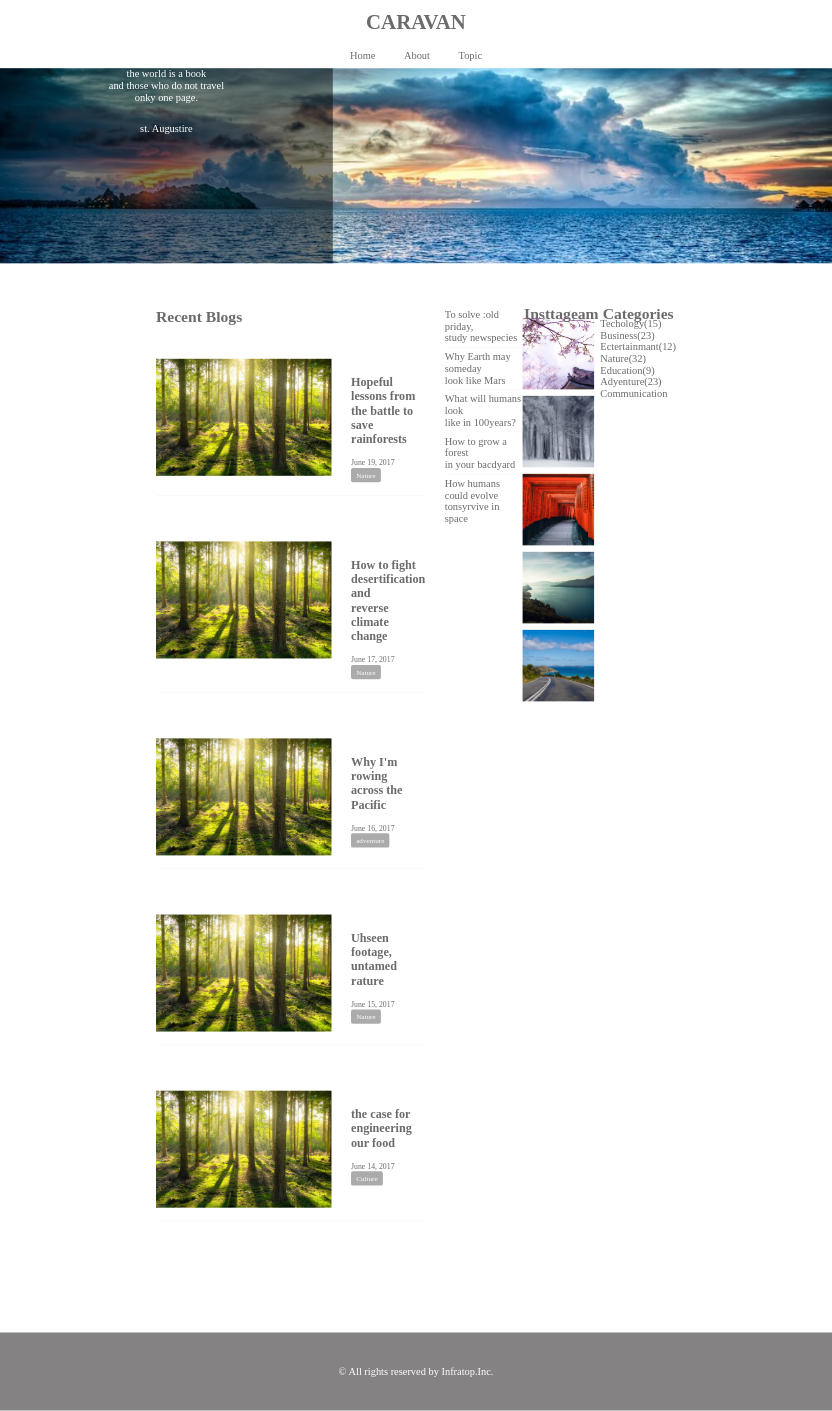
Repository: ishidaryu/ishidaryu
Page: caravan/index.html
The author's editor kept a record of every edit. The page is drawn from the files as they stood at one moment, then again after the next edit.
The browser window is 1280 px wide. The pictures show the whole page, at 65% of full size.

Above is the page before.

After the next edit:
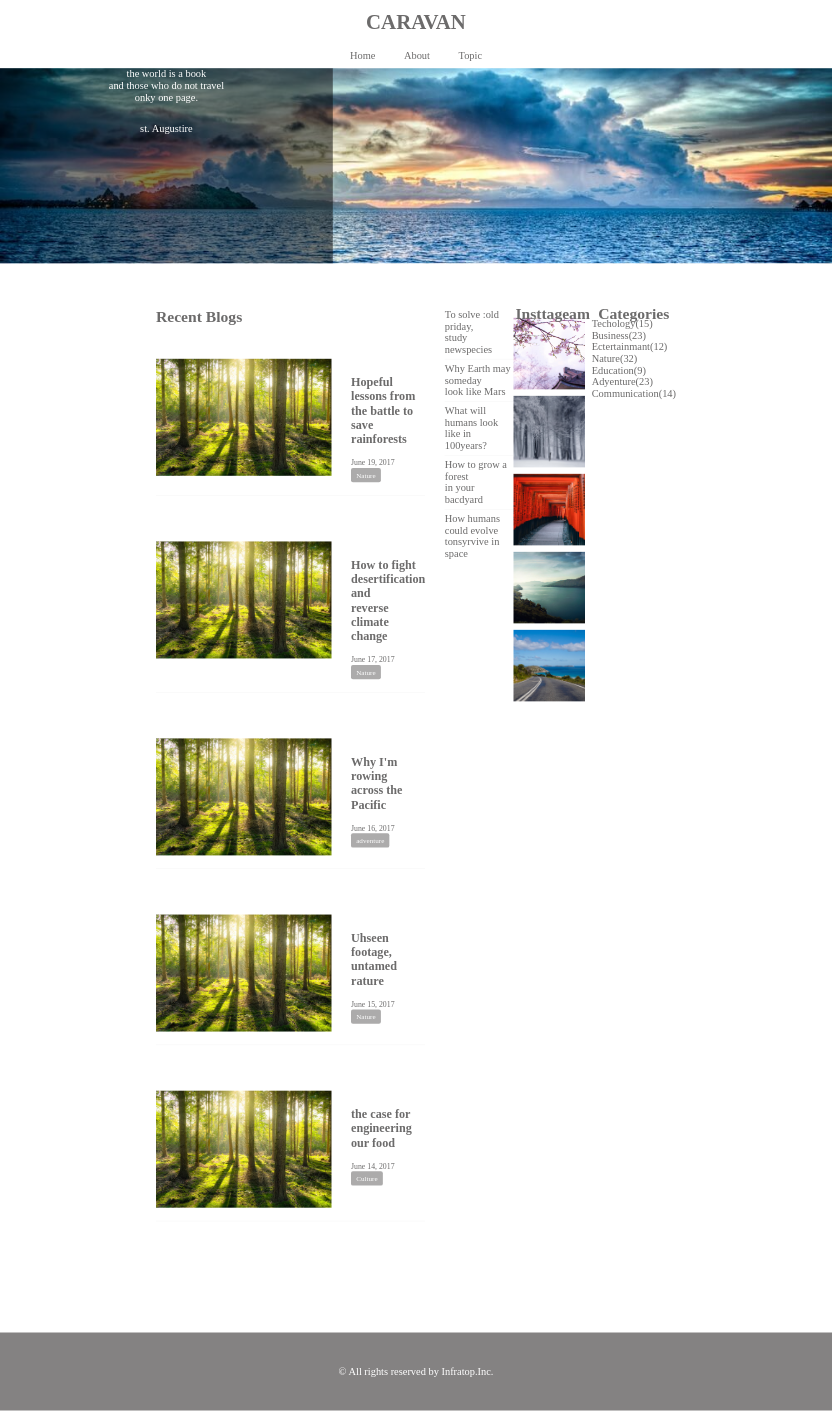
The edit:
--- a/caravan/index.html
+++ b/caravan/index.html
@@ -167,7 +167,7 @@
             <p class="categories=text">Nature(32)</p>
             <p class="categories=text">Education(9)</p>
             <p class="categories=text">Adyenture(23)</p>
-            <p class="categories=text">Communication</p>
+            <p class="categories=text">Communication(14)</p>
           </div>
         </section>
             </div>
